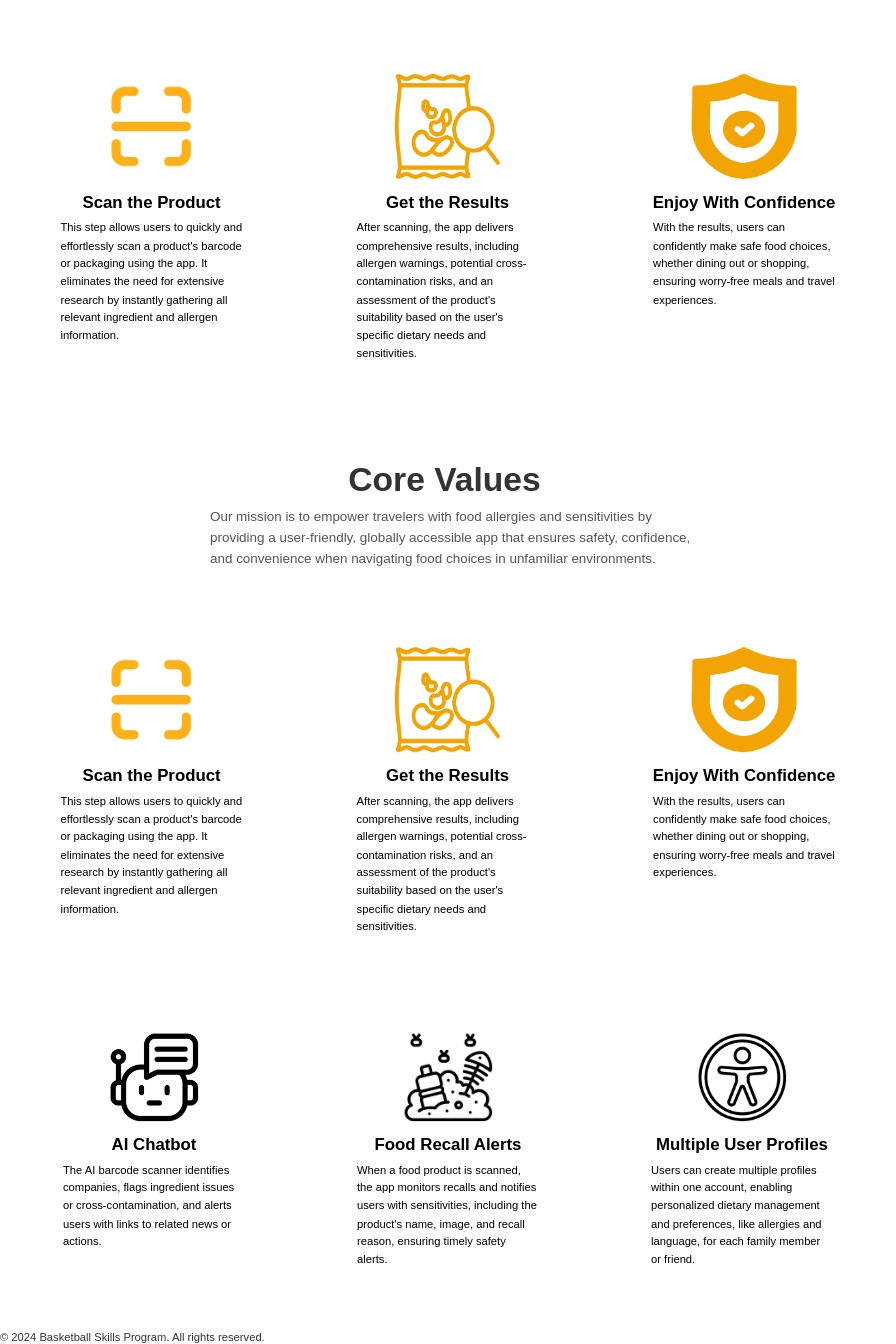
Repository: GavinPahal/landingpage
Page: /
An editor plug-in stored every save of this project. The page is shown before and after the next save, followed by the edit.
The browser window is 1280 px wide. The pictures show the part of the page from y = 931 to 2851 px (the page is 2851 px tall before and 2749 px after), at 70% of full size.
The project was rebuilt for these pictures with package versions that can differ from the ones it lists, and the page was loaded fresh each time. The framework's server and built-in components were replaced by stand-ins that run in the browser. Also part of the build but not shown: next.config.mjs.

Above is the page before, as saved 2024-11-28 18:16:21.

### pages/_app.js
// pages/_app.js
import "@/styles/globals.css"; // Import the global CSS file

function MyApp({ Component, pageProps }) {
  return <Component {...pageProps} />;
}

export default MyApp;

### pages/index.js
// pages/index.js
import Hero from "../components/Hero";
import Features from "../components/Features";
import Footer from "../components/Footer";
import Product from "../components/Product"
import Value from "../components/Value"

export default function Home() {
  return (
    <div>
      <Hero />
      <Features />
      <Value />
      <Product />
      <Footer />
    </div>
  );
}

### styles/globals.css
/* Global Styles */
* {
  margin: 0;
  padding: 0;
  box-sizing: border-box;
}

body {
  font-family: Arial, sans-serif;
  color: #333;
  overflow-x: hidden; /* Prevent horizontal overflow */
}

/* Hero Section */
.hero {
  display: flex; /* Use flexbox to align elements */
  position: relative;
  height: 100vh;
  width: 100%; /* Ensure the hero section spans the full width */
  background-color: #2d2d2d; /* Dark background to contrast with the image */
}

.imageWrapper {
  position: relative;
  width: 100%; /* Left side takes full width */
  height: 100%;
}

.imageContainer {
  position: absolute;
  top: 0;
  left: 0;
  width: 100%;
  height: 100%;
  filter: blur(8px); /* Add blur effect to the image */
  object-fit: cover;
}

.overlay {
  position: absolute;
  top: 0;
  left: 0;
  width: 100%;
  height: 100%;
  background: rgba(0, 0, 0, 0.6); /* Dark overlay to ensure text stands out */
  color: white;
  display: flex;
  flex-direction: column;
  justify-content: center;
  align-items: flex-start;
  padding: 60px 40px; /* Increased padding for more space */
  text-align: left;
}

.heroTitle {
  display: flex;
  align-items: center; /* Align logo and title horizontally */
  margin-bottom: 40px; /* Space between title and the rest of the content */
  position: relative; /* Allow positioning adjustments */
  top: -80px; /* Move the logo and title even higher */
}

.heroTitle img {
  margin-right: 20px; /* Add space between logo and title */
}

.heroTitle h1 {
  font-size: 2rem; /* Bigger font for app name */
  font-weight: bold;
  color: #ffffff; /* Bright color to stand out */
  text-transform: uppercase;
}

.tagline {
  font-size: 5rem; /* Make "BEST NATURE APP" 5rem */
  font-weight: bold;
  margin-bottom: 0; /* Remove extra space between the lines */
  color: #ffffff; /* Striking color */
  text-shadow: 3px 3px 5px rgba(0, 0, 0, 0.8); /* Enhanced text visibility */
  line-height: 1.1; /* Adjust line-height to decrease space between lines */
  letter-spacing: 1.5px;
  display: block;
  max-width: 100%; /* Ensure text doesn't overflow */
}

.bestNature {
  display: block;
  font-size: 3rem; /* Adjust to smaller font size for the first part */
}

.appEver {
  display: block;
  margin-top: 0;
  font-size: 3rem;
}

.subTagline {
  font-size: 1.2rem;
  margin-top: 20px;
  margin-bottom: 40px;
  line-height: 1.6;
  max-width: 650px;
  color: white;
  letter-spacing: 0.5px;
  text-align: left;
}

.demoText {
  display: block;
  font-size: 1.4rem;
  font-weight: bold;
}

.natureText {
  display: block;
  font-size: 1.2rem;
  margin-top: 10px;
  font-style: italic;
  letter-spacing: 0.3px;
}

/* CTA Button */
.ctaButton {
  background-color: #00C9A2;
  color: #ffffff;
  padding: 15px 40px;
  font-size: 1.4rem;
  border: none;
  border-radius: 50px;
  text-align: center;
  margin-top: 60px;
  cursor: pointer;
  transition: background-color 0.3s, transform 0.3s;
  text-decoration: none;
}

.ctaButton:hover {
  background-color: #035343;
}

.ctaButton:focus {
  outline: none;
}

.rightImageWrapper {
  position: absolute;
  left: 62%;
  bottom: 20px;
  width: 400px;
  height: auto;
  z-index: 2;
  margin-top: 100px;
}

.rightImageContainer {
  position: relative;
  width: 100%;
  height: 100%;
}

.rightImageContainer img {
  width: 100%;
  height: auto;
  border-radius: 8px;
  object-fit: cover;
}

.features {
  padding: 50px 20px;
  text-align: center;
}
.features h2 {
  font-size: 2.5rem;
  font-weight: bold;
  color: #ffffff;
  margin-bottom: 30px;
  text-transform: uppercase;
  letter-spacing: 1px;
}

.infoCards {
  display: flex;
  flex-wrap: wrap;
  justify-content: space-around;
  gap: 30px;
  margin-bottom: 40px;
}

.card {
  text-align: center;
  margin: 0 auto; /* Ensure cards are centered */
}

.card:first-child { /* Target the first feature card */
  max-width: 400px; /* Restrict width for a cleaner layout */
  margin: 20px auto; /* Center the card horizontally and add spacing */
}

.card:first-child p {
  text-align: left; /* Center-align the text for the first card */
  max-width: 280x; /* Ensure text does not overflow the card */
  margin: 0 auto;
}

.card img {
  margin-bottom: 15px;
}

.card h3 {
  font-size: 1.5rem;
  font-weight: 600;
  color: #000000;
  margin-bottom: 10px;
}

.card p {
  font-size: 1rem;
  line-height: 1.6;
  color: #000000;
  max-width: 260px;
  margin: 0 auto;
  text-align: left;
}

.text1 {
  font-size: 1rem;
  line-height: 1.6;
  color: #000000;
  max-width: 250px;
  margin: 0 auto;
  text-align: left;
}

.text2 {
  font-size: 1rem;
  line-height: 1.6;
  color: #000000;
  max-width: 250px;
  margin: 0 auto;
  text-align: left;
}

.missionStatement {
  text-align: center; /* Center the text */
  margin-bottom: 110px; /* Add some spacing below the mission statement */
  border-radius: 8px; /* Rounded corners */
  padding-left: 30px;
}

.missionStatement h1 {
  font-size: 3rem;
  font-weight: bold;
  color: #333;
  margin-bottom: 10px;
  font-weight: bold;
  padding-right: 40px;
}

.missionStatement p {
  font-size: 1.2rem;
  line-height: 1.6;
  color: #555;
  max-width: 710px;
  margin: 0 auto;
  text-align: left;
}



@media (max-width: 1024px) {
  .hero {
    flex-direction: column; /* Stack elements vertically on smaller screens */
  }

  .overlay {
    padding: 40px 20px; /* Reduced padding for smaller screens */
    text-align: center; /* Center-align text on smaller screens */
  }

  .heroTitle {
    margin-bottom: 20px; /* Reduce space between the title and the tagline */
    top: 0; /* Reset top positioning for better alignment */
  }

  .tagline {
    font-size: 3rem; /* Decrease font size on smaller screens */
  }

  .bestNature, .appEver {
    font-size: 2.5rem; /* Smaller font size for better readability */
  }

  .subTagline {
    font-size: 1rem; /* Adjust subtagline font size for smaller screens */
    max-width: 100%; /* Allow full-width display */
    padding: 0 20px; /* Add padding to the sides */
  }

  .rightImageWrapper {
    left: 50%; /* Center the image on smaller screens */
    bottom: 10px;
    width: 300px; /* Reduce image size */
    margin-top: 60px;
  }
}

/* CTA Button Adjustments */
@media (max-width: 768px) {
  .ctaButton {
    padding: 12px 30px; /* Reduced padding for better proportion on small screens */
    font-size: 1.2rem; /* Smaller font size */
    width: 90%; /* Allow the button to take up more space on smaller screens */
    margin-top: 40px; /* Reduced top margin */
  }
}

/* Feature Section Adjustments */
@media (max-width: 768px) {
  .features {
    padding: 30px 20px; /* Reduce padding */
  }

  .features h2 {
    font-size: 2rem; /* Smaller font size for headings */
  }

  .infoCards {
    flex-direction: column; /* Stack cards vertically */
    align-items: center;
    gap: 20px; /* Reduced gap between cards */
  }

  .card {
    max-width: 90%; /* Ensure cards take full width on smaller screens */
    margin: 10px auto; /* Center the cards */
  }

  .card h3 {
    font-size: 1.2rem; /* Decrease font size */
  }

  .card p {
    font-size: 0.9rem; /* Smaller text for better readability */
  }
}

/* Final Adjustments */
@media (max-width: 480px) {
  .hero {
    height: auto; /* Allow the hero section to adjust to content */
  }

  .overlay {
    padding: 20px; /* Even smaller padding */
    text-align: center;
  }

  .tagline {
    font-size: 2.5rem; /* Further decrease tagline size */
  }

  .ctaButton {
    padding: 10px 20px; /* Smaller padding for mobile screens */
    font-size: 1rem; /* Reduce font size */
  }

  .features h2 {
    font-size: 1.6rem; /* Adjust feature section heading */
  }

  .card {
    max-width: 100%; /* Ensure the cards take full width */
  }

  .text1, .text2 {
    font-size: 0.9rem; /* Adjust text sizes for smaller screens */
  }
}

### components/Hero.js
import Image from "next/image";

export default function Hero() {
  return (
    <section className="hero">
      <div className="imageWrapper">
        <div className="imageContainer">
          <Image
            src="/images/grocey.jpg"
            alt="Nature Image"
            layout="fill"
            objectFit="cover"
          />
        </div>
        <div className="overlay">
          <div className="heroTitle">
            <Image
              src="/images/logo.webp"
              alt="Goldibite Logo"
              width={50}
              height={50}
            />
            <h1>Goldibite</h1>
          </div>
          <p className="tagline">
            <span className="bestNature">YOUR BUDDY FOR</span>
            <span className="appEver">FOOD SAFETY</span>
          </p>
          <p className="subTagline">
            <span className="demoText">Get a demo and try our new app.</span>
            <span className="natureText">
            The Right Bite, Every Time
            </span>
          </p>
          <a href="#demo" className="ctaButton">
            TRY DEMO
          </a>
        </div>
      </div>


      <div className="rightImageWrapper">
        <div className="rightImageContainer">
          <Image
            src="/images/phone.png"
            alt="New Image"
            layout="intrinsic"
            width={500}
            height={500}
          />
        </div>
      </div>
    </section>
  );
}

### components/Features.js
import Image from "next/image";

export default function Features() {
  return (
    <section className="features">
      {/* Mission Statement Section */}
      <div className="missionStatement">
        <h1>Mission Statement</h1>
        <p>
          Our mission is to empower travelers with food allergies and sensitivities by providing a user-friendly, globally accessible app that ensures safety, confidence, and convenience when navigating food choices in unfamiliar environments.
        </p>
      </div>

      {/* Features Cards Section */}
      <div className="infoCards">
        <div className="card" style={{ margin: "0 10px" }}>
          <Image
            src="/images/iconamoon_scanner (1).jpg"
            alt="Feature 1"
            width={150}
            height={150}
          />
          <h3>Scan the Product</h3>
          <p>
            This step allows users to quickly and effortlessly scan a product's barcode or packaging using the app.
            It eliminates the need for extensive research by instantly gathering all relevant ingredient and allergen information.
          </p>
        </div>
        <div className="card" style={{ margin: "0 10px" }}>
          <Image
            src="/images/magnifying.jpg"
            alt="Feature 2"
            width={150}
            height={150}
          />
          <h3>Get the Results</h3>
          <p>
            After scanning, the app delivers comprehensive results, including allergen warnings, potential cross-contamination risks,
            and an assessment of the product's suitability based on the user's specific dietary needs and sensitivities.
          </p>
        </div>
        <div className="card" style={{ margin: "0 10px" }}>
          <Image
            src="/images/Confident.jpg"
            alt="Feature 3"
            width={150}
            height={150}
          />
          <h3>Enjoy With Confidence</h3>
          <p>
            With the results, users can confidently make safe food choices, whether dining out or shopping,
            ensuring worry-free meals and travel experiences.
          </p>
        </div>
      </div>
    </section>
  );
}

### components/Footer.js
export default function Footer() {
    return (
      <footer className="footer">
        <p>&copy; 2024 Basketball Skills Program. All rights reserved.</p>
      </footer>
    );
  }

### components/Product.js
import Image from "next/image";

export default function Features() {
  return (
    <section className="features">
      <div className="infoCards" style={{ gap: "20px" }}>
        <div className="card" style={{ margin: "0 10px" }}>
          <Image
            src="/images/chatbot.jpg"
            alt="Feature 1"
            width={125}
            height={125}
          />
          <h3>AI Chatbot</h3>
          <p>
            The AI barcode scanner identifies companies, flags ingredient
            issues or cross-contamination, and alerts users with links to
            related news or actions.
          </p>
        </div>
        <div className="card" style={{ margin: "0 10px" }}>
          <Image
            src="/images/trash.jpg"
            alt="Feature 2"
            width={125}
            height={125}
          />
          <h3>Food Recall Alerts</h3>
          <p>
            When a food product is scanned, the app monitors recalls and
            notifies users with sensitivities, including the product's name,
            image, and recall reason, ensuring timely safety alerts.
          </p>
        </div>
        <div className="card" style={{ margin: "0 10px" }}>
          <Image
            src="/images/accessibility.png"
            alt="Feature 3"
            width={125}
            height={125}
          />
          <h3>Multiple User Profiles</h3>
          <p>
            Users can create multiple profiles within one account, enabling
            personalized dietary management and preferences,
            like allergies and  language, for each family member or friend.
          </p>
        </div>
      </div>
    </section>
  );
}

### components/Value.js
import Image from "next/image";

export default function Features() {
  return (
    <section className="features">
      {/* Mission Statement Section */}
      <div className="missionStatement">
        <h1>Core Values</h1>
        <p>
          Our mission is to empower travelers with food allergies and sensitivities by providing a user-friendly, globally accessible app that ensures safety, confidence, and convenience when navigating food choices in unfamiliar environments.
        </p>
      </div>

      {/* Features Cards Section */}
      <div className="infoCards">
        <div className="card" style={{ margin: "0 10px" }}>
          <Image
            src="/images/iconamoon_scanner (1).jpg"
            alt="Feature 1"
            width={150}
            height={150}
          />
          <h3>Scan the Product</h3>
          <p>
            This step allows users to quickly and effortlessly scan a product's barcode or packaging using the app.
            It eliminates the need for extensive research by instantly gathering all relevant ingredient and allergen information.
          </p>
        </div>
        <div className="card" style={{ margin: "0 10px" }}>
          <Image
            src="/images/magnifying.jpg"
            alt="Feature 2"
            width={150}
            height={150}
          />
          <h3>Get the Results</h3>
          <p>
            After scanning, the app delivers comprehensive results, including allergen warnings, potential cross-contamination risks,
            and an assessment of the product's suitability based on the user's specific dietary needs and sensitivities.
          </p>
        </div>
        <div className="card" style={{ margin: "0 10px" }}>
          <Image
            src="/images/Confident.jpg"
            alt="Feature 3"
            width={150}
            height={150}
          />
          <h3>Enjoy With Confidence</h3>
          <p>
            With the results, users can confidently make safe food choices, whether dining out or shopping,
            ensuring worry-free meals and travel experiences.
          </p>
        </div>
      </div>
    </section>
  );
}

Loaded but not shown: pages/_document.js (common file)

After the next save:
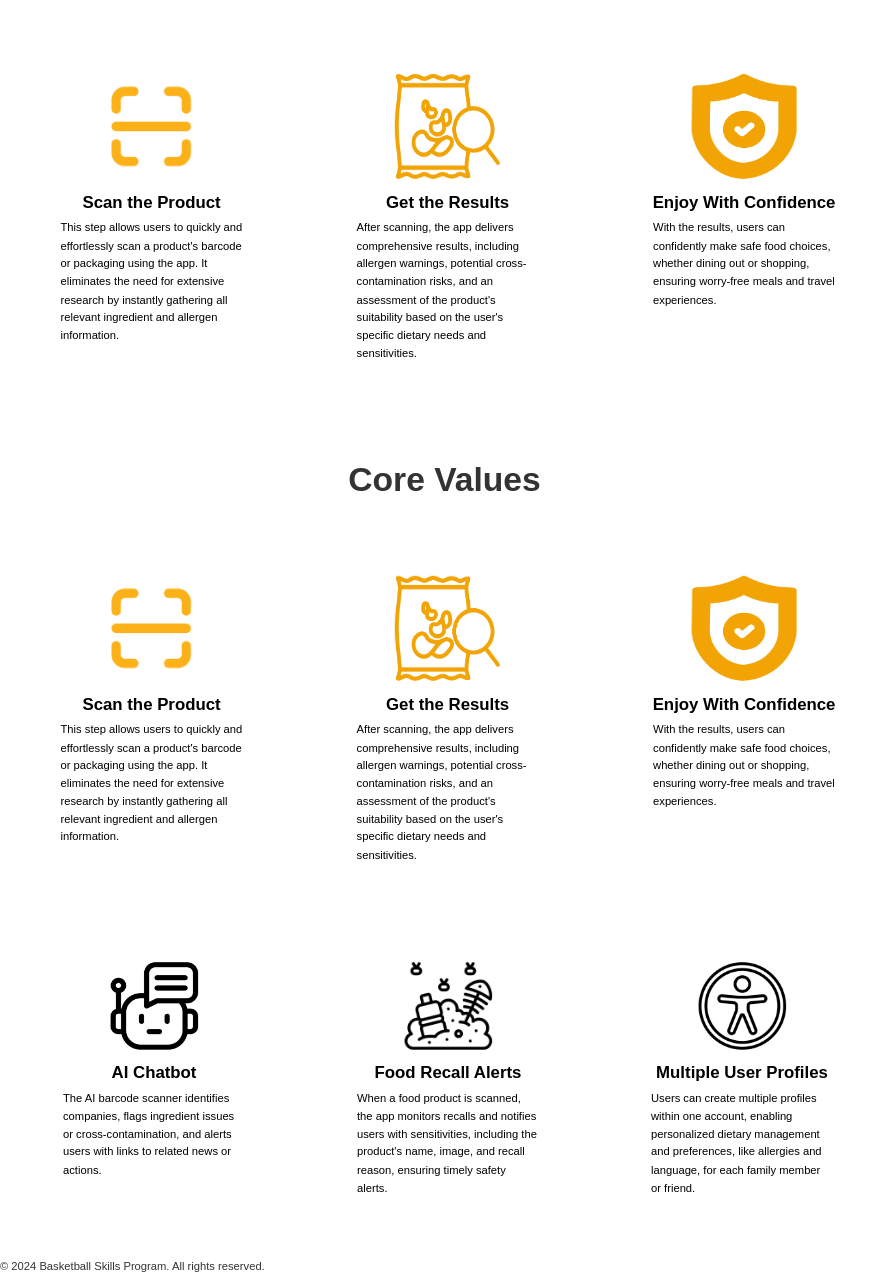
Saved 22 s later.
--- a/components/Value.js
+++ b/components/Value.js
@@ -6,9 +6,6 @@ export default function Features() {
       {/* Mission Statement Section */}
       <div className="missionStatement">
         <h1>Core Values</h1>
-        <p>
-          Our mission is to empower travelers with food allergies and sensitivities by providing a user-friendly, globally accessible app that ensures safety, confidence, and convenience when navigating food choices in unfamiliar environments.
-        </p>
       </div>
 
       {/* Features Cards Section */}
